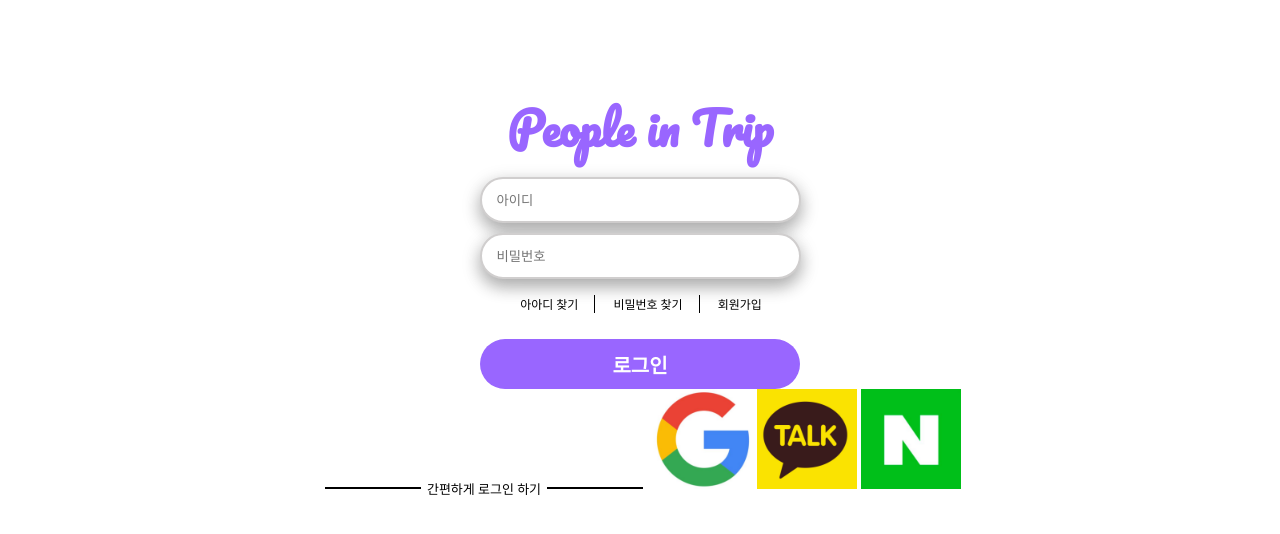
Repository: kimjinmin4535/ezen_loginteam
Page: http://localhost/Ezen_Project/login/login.jsp
The author's editor kept a copy of each file at every save. The page is drawn from the files as they stood at one save, then again after the next save.
The browser window is 1280 px wide. The pictures show the whole page.
The page is served by Tomcat 9.

Above is the page before, as saved 2022-07-05 08:13:01.

After the next save:
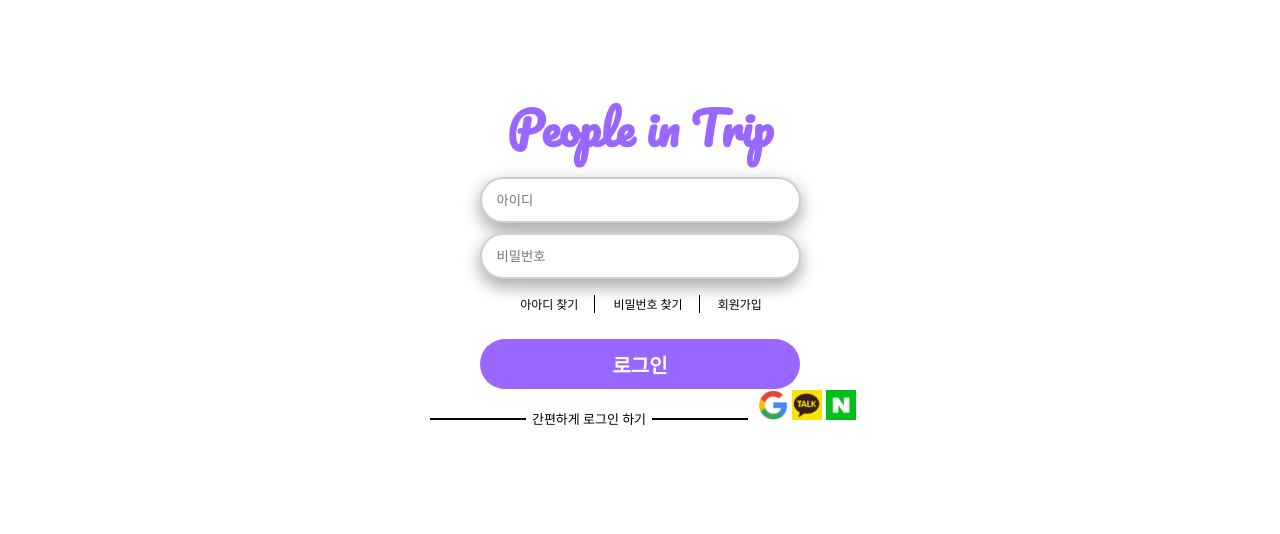
Saved 12 s later.
--- a/Ezen_Project/src/main/webapp/resources/css/login/login.css
+++ b/Ezen_Project/src/main/webapp/resources/css/login/login.css
@@ -80,6 +80,6 @@
 }
 
 img {
-	width: 100px;
-	height: 100px;
+	width: 30px;
+	height: 30px;
 }
